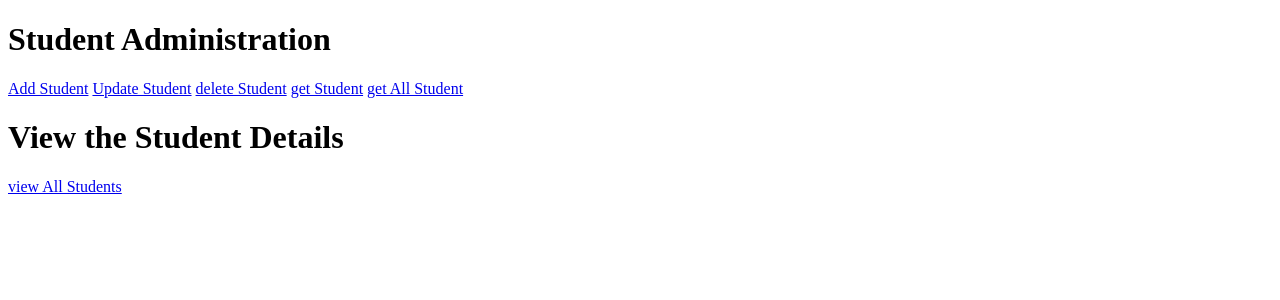
Repository: Anandnand/Web-Application
Page: http://localhost/getAllStudent
The author's editor kept a copy of each file at every save. The page is drawn from the files as they stood at one save, then again after the next save.
The browser window is 1280 px wide. The pictures show the whole page.
The page is this project's Thymeleaf template; nobody is signed in. The template is opened directly, without the code that normally fills it, so the values that code supplies are empty.

Above is the page before, as saved 2024-03-25 17:59:16.

### Login/src/main/resources/templates/getAllStudent.html
<!DOCTYPE html>
<html>
<head>
<meta charset="ISO-8859-1">
<title>Insert title here</title>
</head>
<body>
<div>
		<h1>Student Administration</h1>
	</div>
	<div id="navcontainer">
		<nav>
			<a href="/api/nav/addStudent" >Add Student</a>
			<a href="/api/nav/updateStudent" >Update Student</a>
			<a href="/api/nav/deleteStudent" >delete Student</a>
			<a href="/api/nav/getStudent">get Student</a>
			<a href="/api/nav/getAllStudent">get All Student</a>

		</nav>
	</div>

<div>
<h1>View the Student Details</h1>
</div>


<div>
<form action="/api/getAllStudent" method="get">
<a href="viewAllStudent">view All Students</a>
</form>
</div>

</body>
</html>

After the next save:
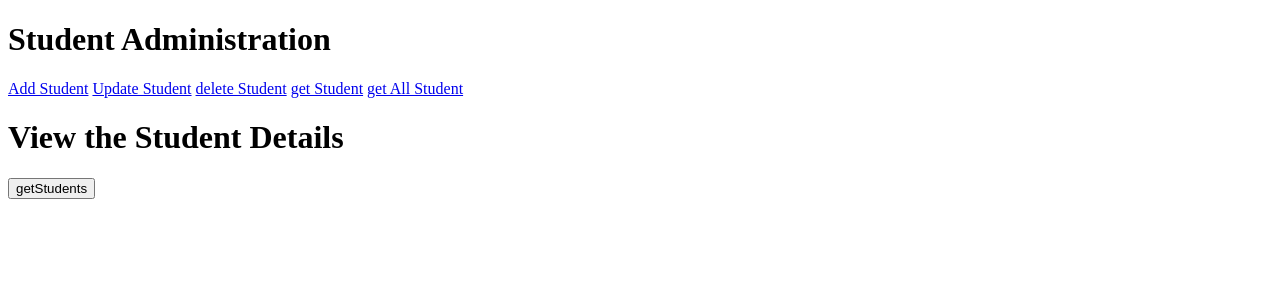
Saved 2 min 19 s later.
--- a/Login/src/main/resources/templates/getAllStudent.html
+++ b/Login/src/main/resources/templates/getAllStudent.html
@@ -26,7 +26,7 @@
 
 <div>
 <form action="/api/getAllStudent" method="get">
-<a href="viewAllStudent">view All Students</a>
+<input type="submit" value="getStudents" name="submit">
 </form>
 </div>
 
